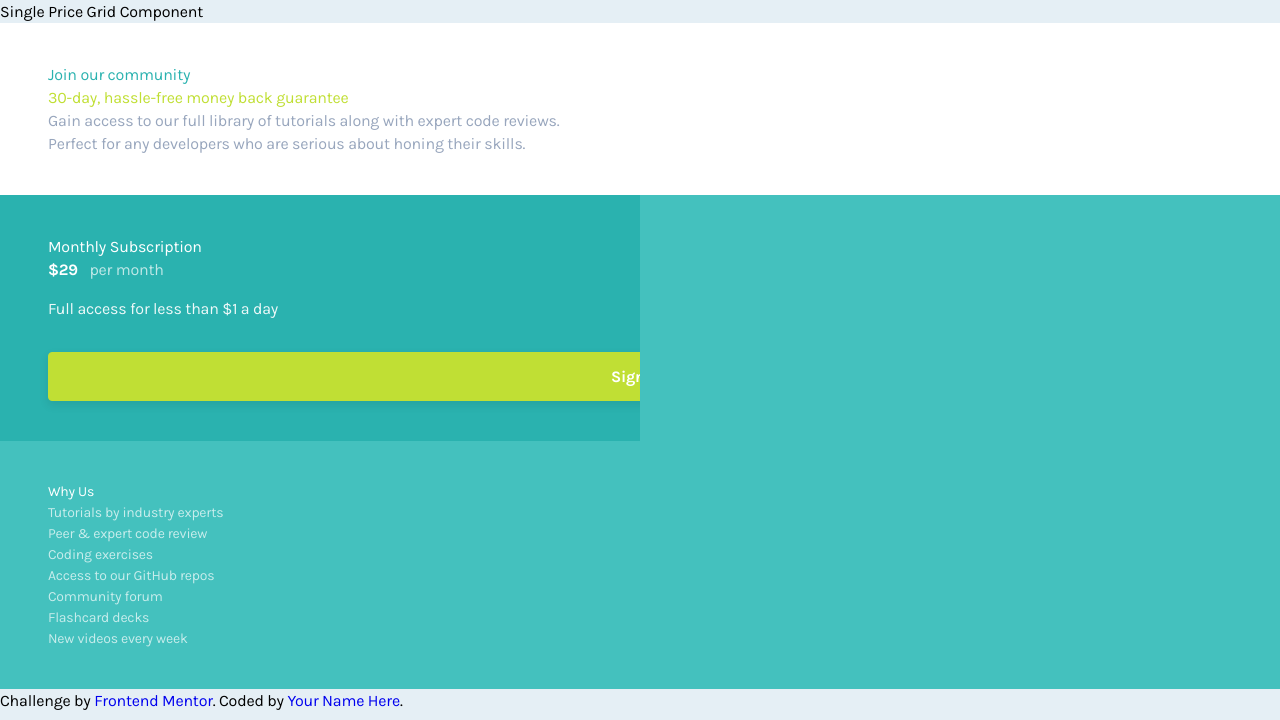
Repository: bangjuyoung/bangjuyoung
Page: practice/frontend-mentor/single-price-grid-component/index.html
These files come from the project's save history. The page is drawn as it stood at one moment and after the next save; the edit follows.
The browser window is 1280 px wide. The pictures show the whole page.

Above is the page before, as saved 2019-06-16 15:52:50.

After the next save:
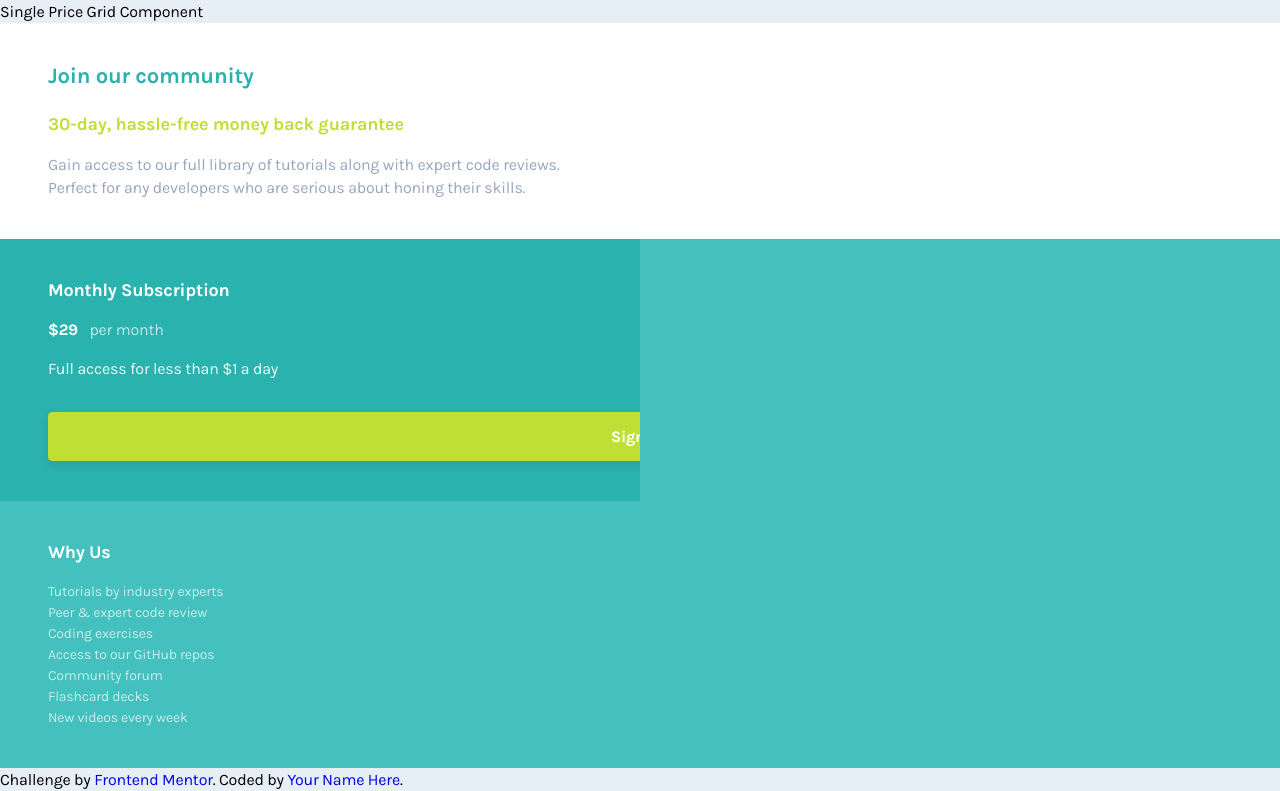
Saved 38 s later.
--- a/practice/frontend-mentor/single-price-grid-component/index.html
+++ b/practice/frontend-mentor/single-price-grid-component/index.html
@@ -19,8 +19,8 @@
 
       <div class="text-primary--gray single-price__primary">
         <section class="single-price__body single-price1">
-          <h2 class="text-primary single-price__title">Join our community</h2>
-          <h3 class="text-secondary single-price__subtitle">30-day, hassle-free money back guarantee</h3>
+          <h2 class="text-primary text-title">Join our community</h2>
+          <h3 class="text-secondary text-subtitle">30-day, hassle-free money back guarantee</h3>
           <p>Gain access to our full library of tutorials along with expert code reviews.</p>
           <p>Perfect for any developers who are serious about honing their skills.</p>
         </section>
@@ -28,7 +28,7 @@
 
       <div class="theme-primary single-price__secondary">
         <section class="single-price__body single-price2">
-          <h3 class="text-white single-price__subtitle">Monthly Subscription</h3>
+          <h3 class="text-white text-subtitle">Monthly Subscription</h3>
           <div class="single-price__divider">
             <p class="text-light single-price__text">
               <strong class="text-white single-price__display1">&dollar;29</strong> per month
@@ -39,7 +39,7 @@
         </section>
 
         <section class="theme-primary--light single-price__body text-body2 single-price3">
-          <h4 class="text-white single-price__subtitle">Why Us</h4>
+          <h4 class="text-white text-subtitle">Why Us</h4>
           <p>
             Tutorials by industry experts<span class="newline"></span>
             Peer &amp; expert code review<span class="newline"></span>
